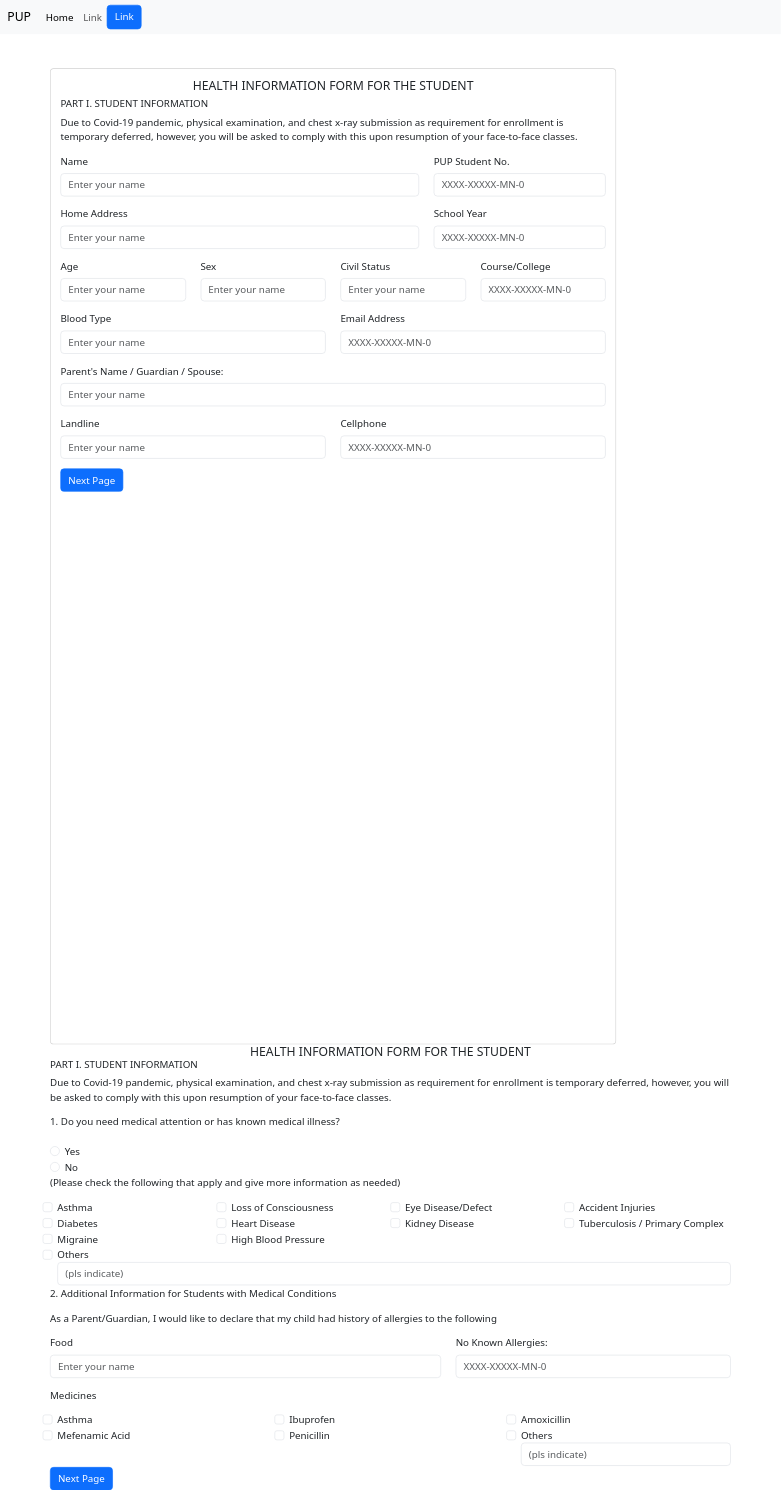
Repository: Nicktacku/webdev
Page: form.html
An editor plug-in stored every save of this project. The page is shown before and after the next save, followed by the edit.
The browser window is 1280 px wide. The pictures show the whole page, at 61% of full size.

Above is the page before, as saved 2024-07-15 19:04:03.

### form.html
<!DOCTYPE html>
<html lang="en">
  <head>
    <meta charset="UTF-8" />
    <meta name="viewport" content="width=device-width, initial-scale=1.0" />
    <title>Document</title>
    <link
      href="https://cdn.jsdelivr.net/npm/bootstrap@5.3.3/dist/css/bootstrap.min.css"
      rel="stylesheet"
      integrity="sha384-QWTKZyjpPEjISv5WaRU9OFeRpok6YctnYmDr5pNlyT2bRjXh0JMhjY6hW+ALEwIH"
      crossorigin="anonymous"
    />
  </head>
  <body>
    <!-- Navbar -->
    <nav class="navbar navbar-expand-lg bg-body-tertiary">
        <div class="container-fluid">
          <a class="navbar-brand" href="#">PUP</a>
          <button
            class="navbar-toggler"
            type="button"
            data-bs-toggle="collapse"
            data-bs-target="#navbarSupportedContent"
            aria-controls="navbarSupportedContent"
            aria-expanded="false"
            aria-label="Toggle navigation"
          >
            <span class="navbar-toggler-icon"></span>
          </button>
          <div class="collapse navbar-collapse" id="navbarSupportedContent">
            <ul class="navbar-nav me-auto mb-2 mb-lg-0">
              <li class="nav-item">
                <a class="nav-link active" aria-current="page" href="#">Home</a>
              </li>
              <li class="nav-item">
                <a class="nav-link" href="#">Link</a>
              </li>

              <a class="btn btn-primary" href="form.html" role="button">Link</a>
          </div>
        </div>
      </nav>

    <div
      class="container mt-2 pt-5"
    >


    <div class="card" style="width: 58rem; height: 100rem">

        <!-- section 1 -->
        <div class="card-body" id="section-1">
          <h5 class="card-title d-flex justify-content-center">HEALTH INFORMATION FORM FOR THE STUDENT</h5>
          <h6 class="card-text">PART I. STUDENT INFORMATION</h6>
          <p class="card-text">Due to Covid-19 pandemic, physical examination, and chest x-ray submission as requirement for enrollment is
            temporary deferred, however, you will be asked to comply with this upon resumption of your face-to-face classes.</p>

            <div class="row">
                <div class="col-8">
                    <div class="mb-3">
                        <label for="name" class="form-label">Name</label>
                        <input type="text" class="form-control" id="name-input" placeholder="Enter your name">
                      </div>
                </div>
                <div class="col">
                    <div class="mb-3">
                        <label for="name" class="form-label">PUP Student No.</label>
                        <input type="text" class="form-control" id="name-input" placeholder="XXXX-XXXXX-MN-0">
                      </div>
                </div>
            </div>

            <div class="row">
                <div class="col-8">
                    <div class="mb-3">
                        <label for="name" class="form-label">Home Address</label>
                        <input type="text" class="form-control" id="name-input" placeholder="Enter your name">
                      </div>
                </div>
                <div class="col">
                    <div class="mb-3">
                        <label for="name" class="form-label">School Year</label>
                        <input type="text" class="form-control" id="name-input" placeholder="XXXX-XXXXX-MN-0">
                      </div>
                </div>
            </div>

            <div class="row">
                <div class="col-3">
                    <div class="mb-3">
                        <label for="name" class="form-label">Age</label>
                        <input type="text" class="form-control" id="name-input" placeholder="Enter your name">
                      </div>
                </div>
                <div class="col-3">
                    <div class="mb-3">
                        <label for="name" class="form-label">Sex</label>
                        <input type="text" class="form-control" id="name-input" placeholder="Enter your name">
                      </div>
                </div>
                <div class="col-3">
                    <div class="mb-3">
                        <label for="name" class="form-label">Civil Status</label>
                        <input type="text" class="form-control" id="name-input" placeholder="Enter your name">
                      </div>
                </div>
                <div class="col">
                    <div class="mb-3">
                        <label for="name" class="form-label">Course/College</label>
                        <input type="text" class="form-control" id="name-input" placeholder="XXXX-XXXXX-MN-0">
                      </div>
                </div>
            </div>

            <div class="row">
                <div class="col-6">
                    <div class="mb-3">
                        <label for="name" class="form-label">Blood Type</label>
                        <input type="text" class="form-control" id="name-input" placeholder="Enter your name">
                      </div>
                </div>
                <div class="col">
                    <div class="mb-3">
                        <label for="name" class="form-label">Email Address</label>
                        <input type="text" class="form-control" id="name-input" placeholder="XXXX-XXXXX-MN-0">
                      </div>
                </div>
            </div>

            <div class="row">
                <div class="col">
                    <div class="mb-3">
                        <label for="name" class="form-label">Parent's Name / Guardian / Spouse:</label>
                        <input type="text" class="form-control" id="name-input" placeholder="Enter your name">
                      </div>
                </div>
            </div>

            <div class="row">
                <div class="col-6">
                    <div class="mb-3">
                        <label for="name" class="form-label">Landline</label>
                        <input type="text" class="form-control" id="name-input" placeholder="Enter your name">
                      </div>
                </div>
                <div class="col">
                    <div class="mb-3">
                        <label for="name" class="form-label">Cellphone</label>
                        <input type="text" class="form-control" id="name-input" placeholder="XXXX-XXXXX-MN-0">
                      </div>
                </div>
            </div>

          <a href="#" class="btn btn-primary">Next Page</a>
        </div>
      </div>

      <!-- Section 2 -->
      <div class="card-body" id="section-2">
        <h5 class="card-title d-flex justify-content-center">HEALTH INFORMATION FORM FOR THE STUDENT</h5>
        <h6 class="card-text">PART I. STUDENT INFORMATION</h6>
        <p class="card-text">Due to Covid-19 pandemic, physical examination, and chest x-ray submission as requirement for enrollment is
          temporary deferred, however, you will be asked to comply with this upon resumption of your face-to-face classes.</p>

          <div class="row">
            <div class="col-12">
                <div class="mb-3">
                    <label for="name" class="form-label">1. Do you need medical attention or has known medical illness?</label>
                </div>
                <div class="form-check">
                    <input class="form-check-input" type="radio" name="flexRadioDefault" id="flexRadioDefault1">
                    <label class="form-check-label" for="flexRadioDefault1">
                      Yes
                    </label>
                  </div>
                  <div class="form-check">
                    <input class="form-check-input" type="radio" name="flexRadioDefault" id="flexRadioDefault2">
                    <label class="form-check-label" for="flexRadioDefault2">
                      No
                    </label>
                  </div>

                  <div class="row">
                    <p class="col-12">(Please check the following that apply and give more information as needed)</p>
                    <div class="form-check col-3">
                        <input class="form-check-input" type="checkbox" value="" id="flexCheckDefault">
                        <label class="form-check-label" for="flexCheckDefault">
                          Asthma
                    </label>
                    </div>
                    <div class="form-check col-3">
                        <input class="form-check-input" type="checkbox" value="" id="flexCheckDefault">
                        <label class="form-check-label" for="flexCheckDefault">
                            Loss of Consciousness
                    </label>
                    </div>
                    <div class="form-check col-3">
                        <input class="form-check-input" type="checkbox" value="" id="flexCheckDefault">
                        <label class="form-check-label" for="flexCheckDefault">
                            Eye Disease/Defect
                    </label>
                    </div>
                    <div class="form-check col-3">
                        <input class="form-check-input" type="checkbox" value="" id="flexCheckDefault">
                        <label class="form-check-label" for="flexCheckDefault">
                            Accident Injuries
                    </label>
                    </div>
                    <div class="form-check col-3">
                        <input class="form-check-input" type="checkbox" value="" id="flexCheckDefault">
                        <label class="form-check-label" for="flexCheckDefault">
                            Diabetes
                    </label>
                    </div>
                    <div class="form-check col-3">
                        <input class="form-check-input" type="checkbox" value="" id="flexCheckDefault">
                        <label class="form-check-label" for="flexCheckDefault">
                            Heart Disease
                    </label>
                    </div>
                    <div class="form-check col-3">
                        <input class="form-check-input" type="checkbox" value="" id="flexCheckDefault">
                        <label class="form-check-label" for="flexCheckDefault">
                            Kidney Disease
                    </label>
                    </div>
                    <div class="form-check col-3">
                        <input class="form-check-input" type="checkbox" value="" id="flexCheckDefault">
                        <label class="form-check-label" for="flexCheckDefault">
                            Tuberculosis / Primary Complex
                    </label>
                    </div>
                    <div class="form-check col-3">
                        <input class="form-check-input" type="checkbox" value="" id="flexCheckDefault">
                        <label class="form-check-label" for="flexCheckDefault">
                            Migraine
                    </label>
                    </div>
                    <div class="form-check col-3">
                        <input class="form-check-input" type="checkbox" value="" id="flexCheckDefault">
                        <label class="form-check-label" for="flexCheckDefault">
                            High Blood Pressure
                    </label>
                    </div>
                    <div class="form-check col-12">
                        <input class="form-check-input" type="checkbox" value="" id="flexCheckDefault">
                        <label class="form-check-label" for="flexCheckDefault">
                            Others
                        </label>
                        <input type="text" class="form-control" id="name-input" placeholder="(pls indicate)">
                    </div>
                  </div>
            </div>

            <div class="col">
                <p>2. Additional Information for Students with Medical Conditions</p>
                <p>As a Parent/Guardian, I would like to declare that my child had history of allergies to the following</p>

                <div class="row">
                    <div class="col-7">
                        <div class="mb-3">
                            <label for="name" class="form-label">Food</label>
                            <input type="text" class="form-control" id="name-input" placeholder="Enter your name">
                          </div>
                    </div>
                    <div class="col-5">
                        <div class="mb-3">
                            <label for="name" class="form-label">No Known Allergies:</label>
                            <input type="text" class="form-control" id="name-input" placeholder="XXXX-XXXXX-MN-0">
                          </div>
                    </div>

                        <p class="col-12">Medicines</p>
                        <div class="form-check col-4">
                            <input class="form-check-input" type="checkbox" value="" id="flexCheckDefault">
                            <label class="form-check-label" for="flexCheckDefault">
                              Asthma
                        </label>
                        </div>
                        <div class="form-check col-4">
                            <input class="form-check-input" type="checkbox" value="" id="flexCheckDefault">
                            <label class="form-check-label" for="flexCheckDefault">
                              Ibuprofen
                        </label>
                        </div>
                        <div class="form-check col-4">
                            <input class="form-check-input" type="checkbox" value="" id="flexCheckDefault">
                            <label class="form-check-label" for="flexCheckDefault">
                            Amoxicillin
                        </label>
                        </div>

                        <div class="form-check col-4">
                            <input class="form-check-input" type="checkbox" value="" id="flexCheckDefault">
                            <label class="form-check-label" for="flexCheckDefault">
                                Mefenamic Acid
                        </label>
                        </div>
                        <div class="form-check col-4">
                            <input class="form-check-input" type="checkbox" value="" id="flexCheckDefault">
                            <label class="form-check-label" for="flexCheckDefault">
                                Penicillin
                        </label>
                        </div>
                        <div class="form-check col-4">
                            <input class="form-check-input" type="checkbox" value="" id="flexCheckDefault">
                            <label class="form-check-label" for="flexCheckDefault">
                            Others
                            </label>
                            <input type="text" class="form-control" id="name-input" placeholder="(pls indicate)">
                        </div>
                </div>

            </div>
          </div>

        <a href="#" class="btn btn-primary">Next Page</a>
      </div>
    </div>


    <script
      src="https://cdn.jsdelivr.net/npm/bootstrap@5.3.3/dist/js/bootstrap.bundle.min.js"
      integrity="sha384-YvpcrYf0tY3lHB60NNkmXc5s9fDVZLESaAA55NDzOxhy9GkcIdslK1eN7N6jIeHz"
      crossorigin="anonymous"
    ></script>
  </body>
</html>

After the next save:
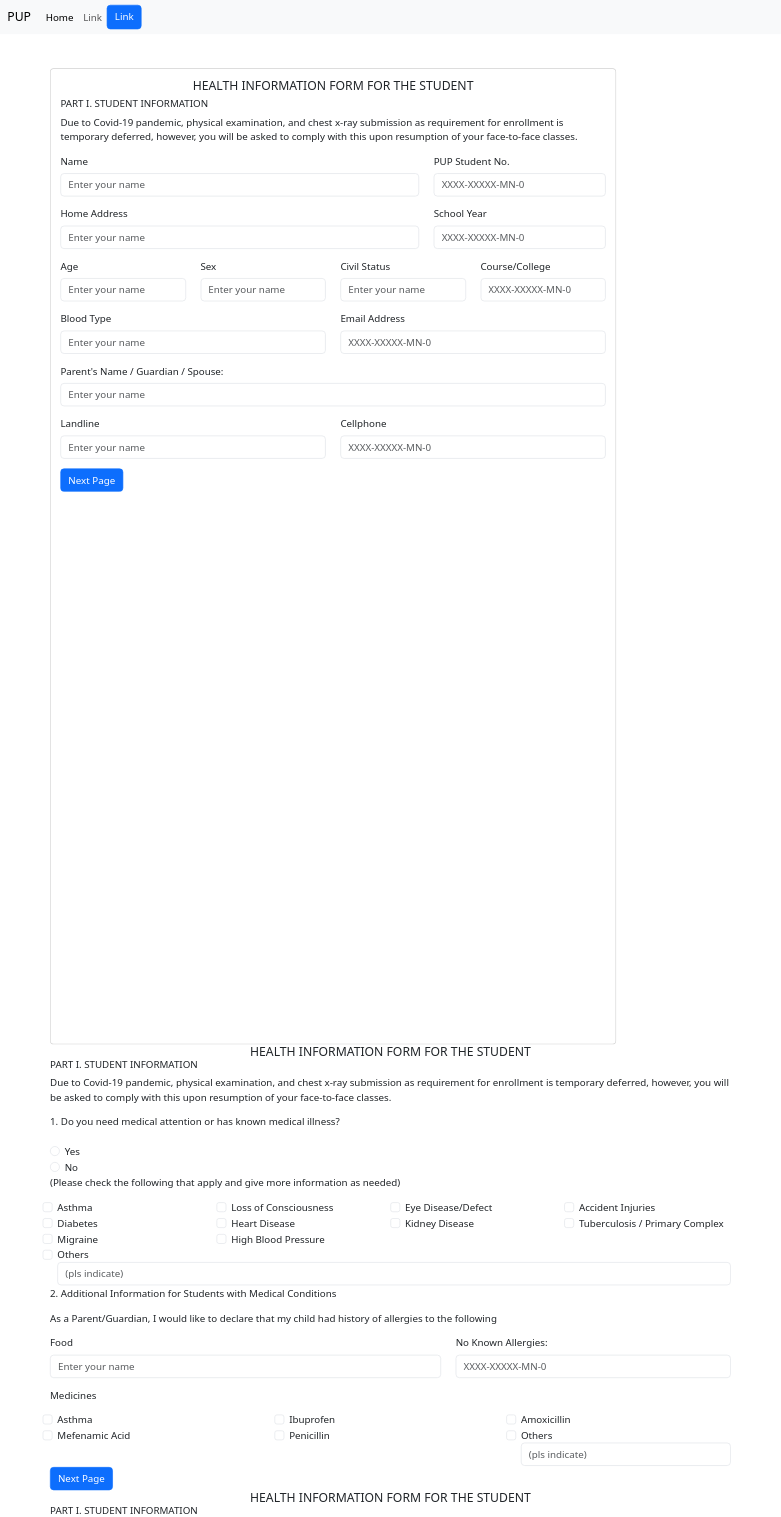
Saved 3 min 30 s later.
--- a/form.html
+++ b/form.html
@@ -312,10 +312,19 @@
                 </div>
 
             </div>
+
           </div>
 
         <a href="#" class="btn btn-primary">Next Page</a>
       </div>
+
+      <!-- section 1 -->
+    <div class="card-body" id="section-1">
+        <h5 class="card-title d-flex justify-content-center">HEALTH INFORMATION FORM FOR THE STUDENT</h5>
+        <h6 class="card-text">PART I. STUDENT INFORMATION</h6>
+            </div>
+            </h5>
+    </div>
     </div>
 
 
